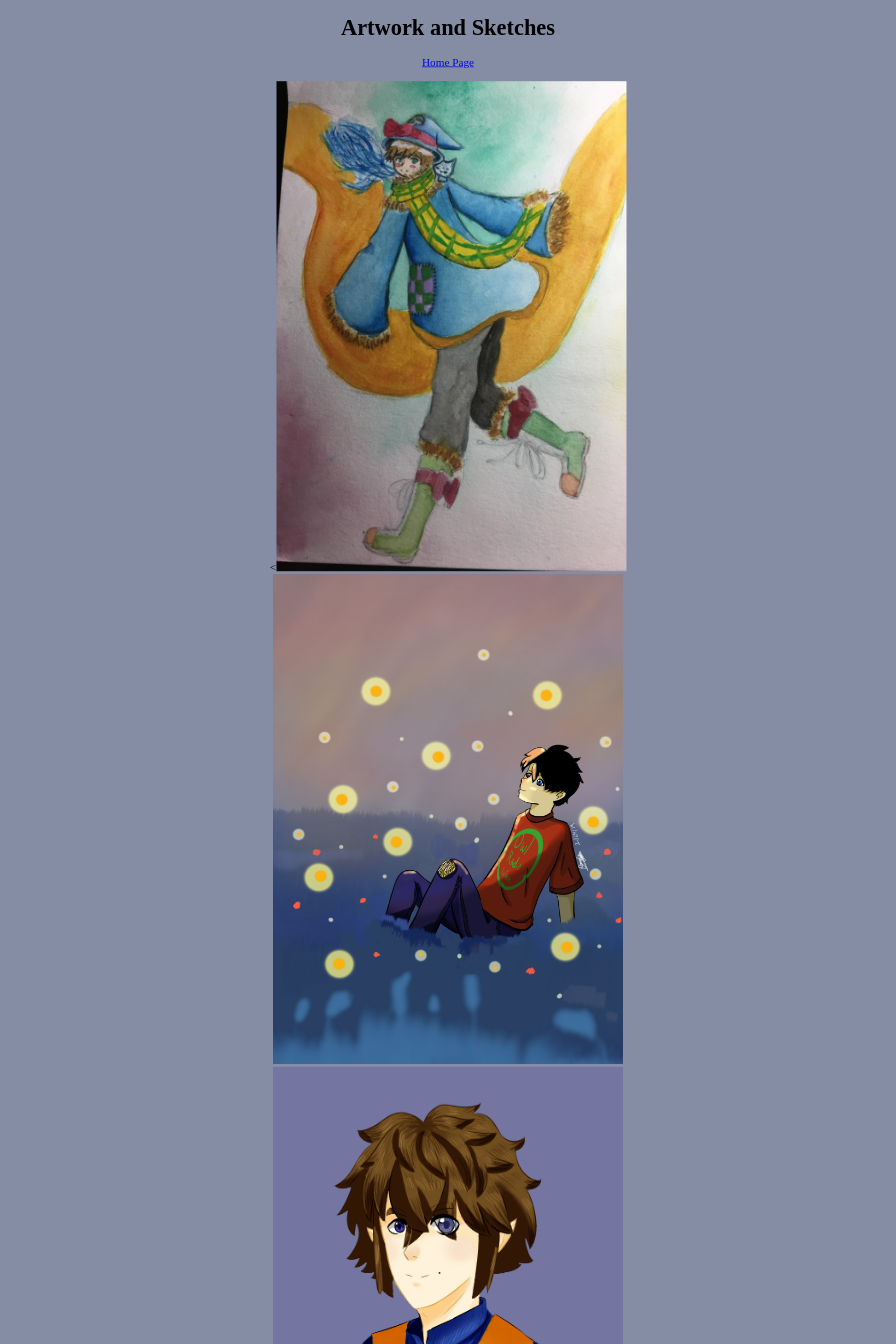
Repository: MaiJun21/MaiJun21.github.io
Page: drawings and artwork.html
The author's editor kept a record of every edit. The page is drawn from the files as they stood at one moment, then again after the next edit.
The browser window is 1280 px wide. The pictures show the part of the page from y = 0 to 1920 px (the page is 3048 px tall), at 70% of full size.

Above is the page before.

After the next edit:
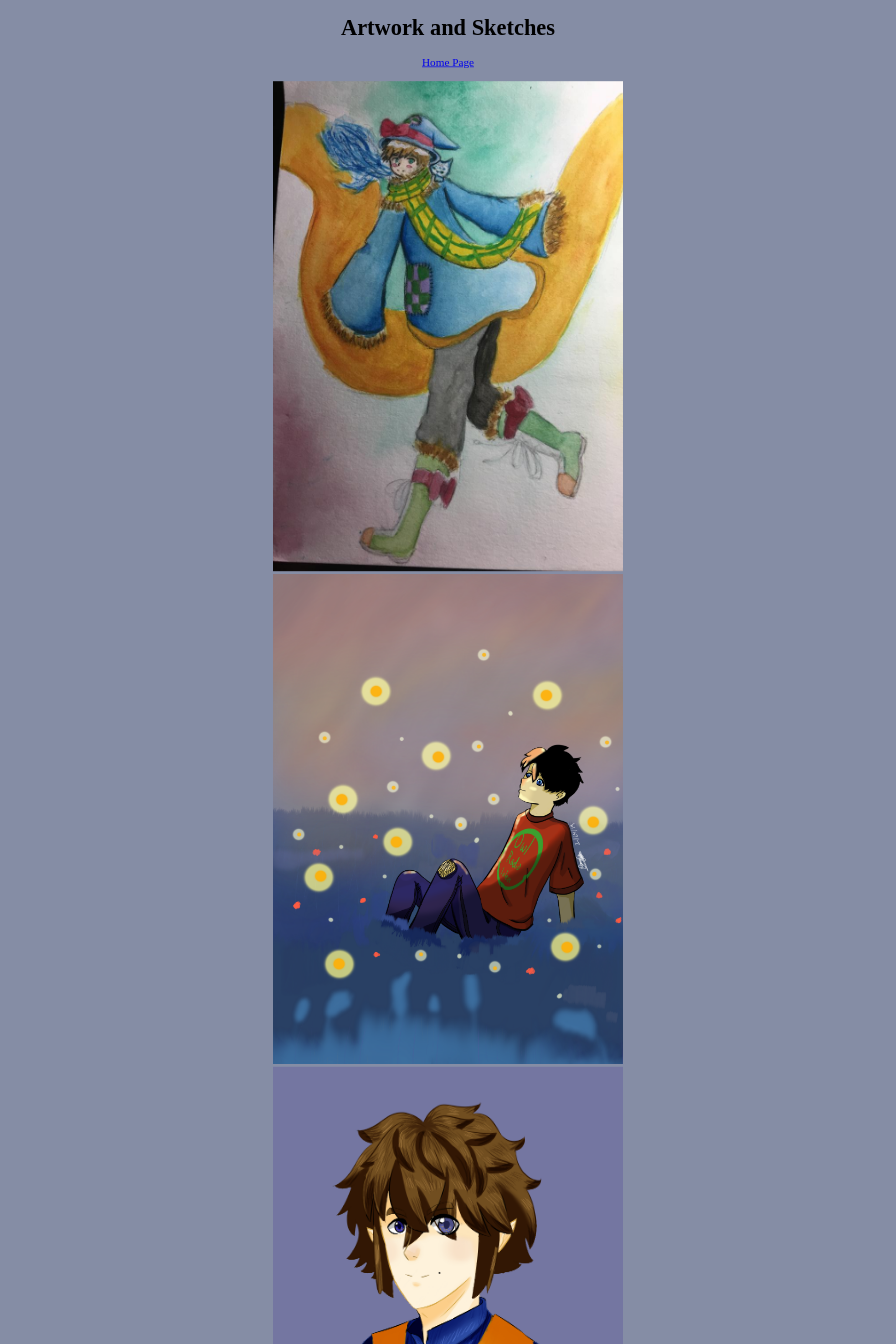
The edit:
--- a/drawings and artwork.html
+++ b/drawings and artwork.html
@@ -18,7 +18,7 @@
 
 <div class="row">
   <div class="column">
-    <<img src="images/scarecrow_as_wizard.jpg" alt="Drawing of Scarecrow from Wizard of Oz as an rpg magic class" width="500" height="700">
+    <img src="images/scarecrow_as_wizard.jpg" alt="Drawing of Scarecrow from Wizard of Oz as an rpg magic class" width="500" height="700">
   </div>
   <div class="column">
     <img img src="images/fairy_lights.png" alt="Fairy Lights" width="500" height="700">
